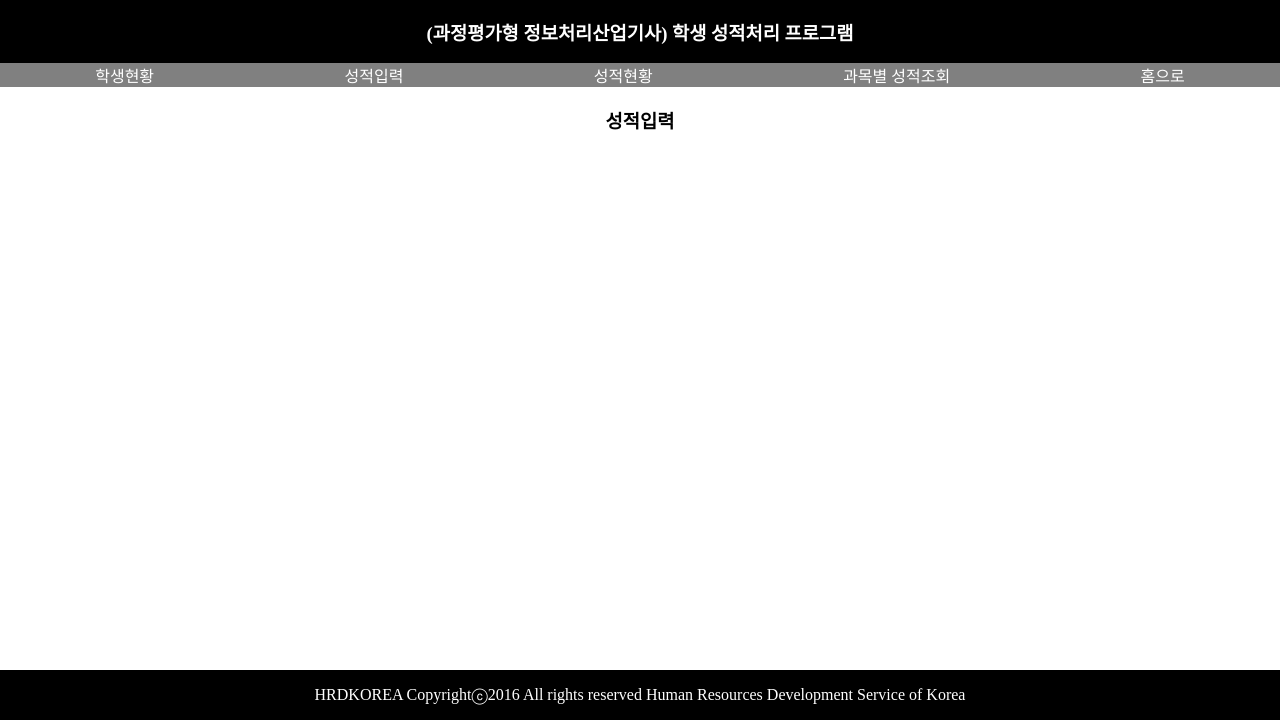
Repository: junjuny0227/jsp
Page: http://localhost/HRD_02/sub2.jsp
The author's editor kept a copy of each file at every save. The page is drawn from the files as they stood at one save, then again after the next save.
The browser window is 1280 px wide. The pictures show the whole page.
The page is served by Tomcat 9.

Above is the page before, as saved 2025-05-16 05:19:36.

After the next save:
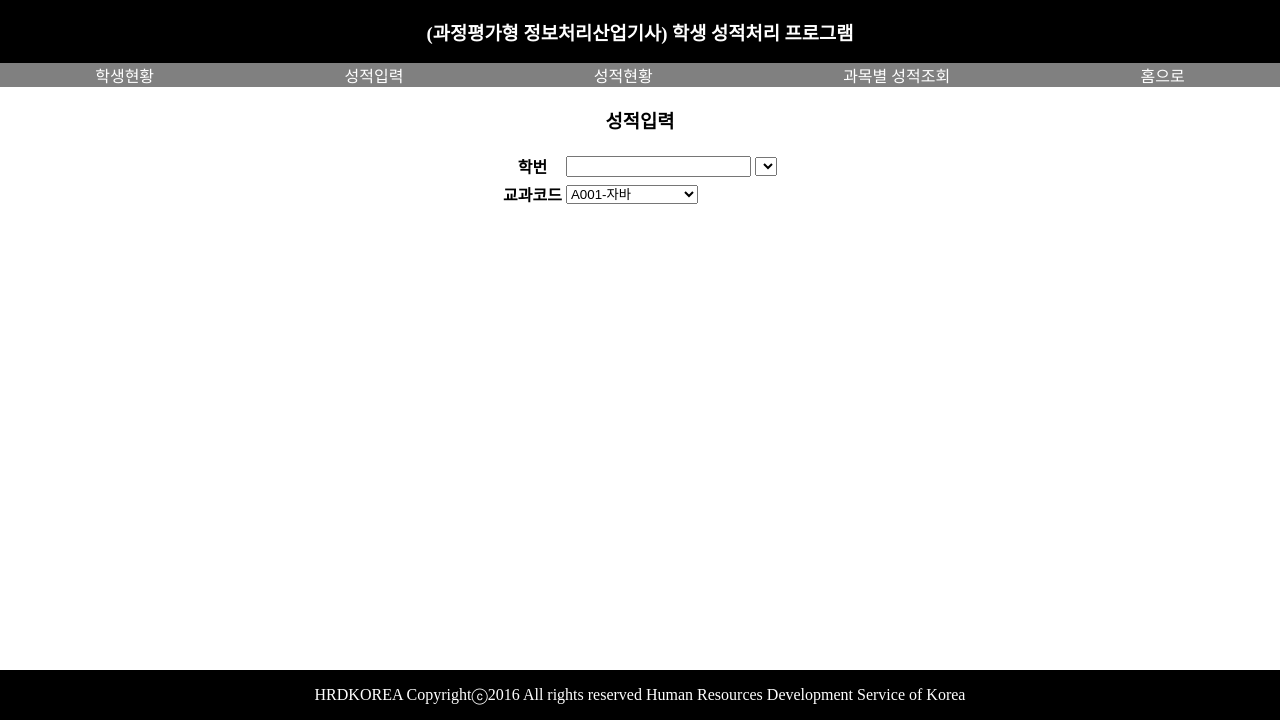
Saved 23 min 25 s later.
--- a/HRD_02/src/main/webapp/sub2.jsp
+++ b/HRD_02/src/main/webapp/sub2.jsp
@@ -23,7 +23,31 @@ pageEncoding="UTF-8"%>
       style="display: flex; flex-direction: column; align-items: center"
     >
       <h3>성적입력</h3>
-      <form action="sub2Action.jsp" method="post" name="sub2Form"></form>
+      <form action="sub2Action.jsp" method="post" name="sub2Form">
+      	<table>
+      		<tr>
+      			<th>학번</th>
+      			<td>
+      				<input type="text" name="stuid">
+      				<select>
+      					<option></option>
+      				</select>
+      			</td>
+      		</tr>
+      		<tr>
+      			<th>교과코드</th>
+      			<td>
+      				<select name="subcode">
+      					<option value="A001">A001-자바</option>
+      					<option value="A002">A002-C언어</option>
+      					<option value="A003">A003-데이터베이스</option>
+      					<option value="A004">A004-웹프로그래밍</option>
+      					<option value="A005">A005-영어</option>
+      				</select>
+      			</td>
+      		</tr>
+      	</table>
+      </form>
     </section>
 
     <jsp:include page="footer.jsp"></jsp:include>
